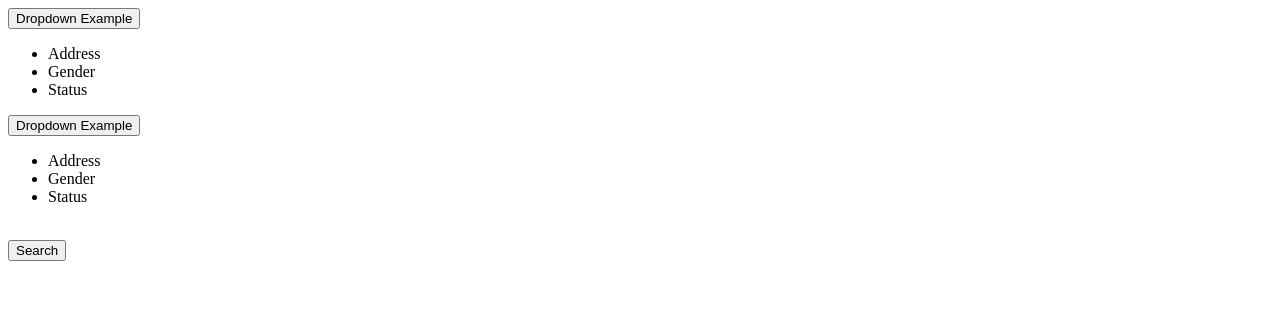
Repository: gpdigital/honeypot
Page: honeypot/WebContent/WEB-INF/views/fragment/basic_info_menu.html
The author's editor kept a copy of each file at every save. The page is drawn from the files as they stood at one save, then again after the next save.
The browser window is 1280 px wide. The pictures show the whole page.

Above is the page before, as saved 2016-06-16 12:41:17.

After the next save:
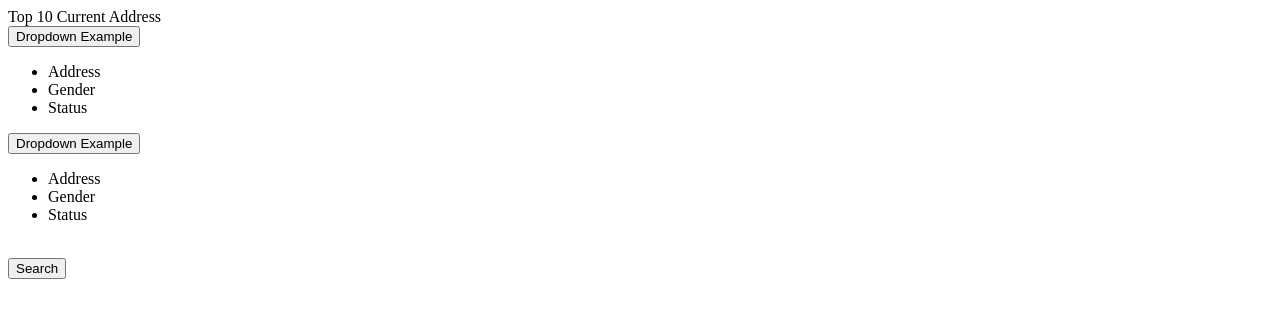
Saved 6 min 11 s later.
--- a/honeypot/WebContent/WEB-INF/views/fragment/basic_info_menu.html
+++ b/honeypot/WebContent/WEB-INF/views/fragment/basic_info_menu.html
@@ -1,19 +1,28 @@
-  <span class="dropdown">
-    <button id="col1Basic" class="btn btn-primary dropdown-toggle" type="button" data-toggle="dropdown">Dropdown Example
-    <span class="caret"></span></button>
-    <ul class="dropdown-menu">
-      <li><a onclick="javascript:col1Change('Address','7')">Address</a></li>
-      <li><a onclick="javascript:col1Change('Gender','9')">Gender</a></li>
-      <li><a onclick="javascript:col1Change('Status','10')">Status</a></li>
-    </ul>
-  </span>
-    <span class="dropdown">
-    <button id="col2Basic" class="btn btn-primary dropdown-toggle" type="button" data-toggle="dropdown">Dropdown Example
-    <span class="caret"></span></button>
-    <ul class="dropdown-menu">
-      <li><a onclick="javascript:col2Change('Address','7')">Address</a></li>
-      <li><a onclick="javascript:col2Change('Gender','9')">Gender</a></li>
-      <li><a onclick="javascript:col2Change('Status','10')">Status</a></li>
-    </ul>
-  </span><br/>
-   <button onclick="javascript:basicInfo()" type="button" class="btn btn-primary">Search</button>
+<div class="container-fluid">
+	<div class="col-md-6">
+ 		<div class="panel panel-default">
+ 			<div class="panel-heading">Top 10 Current Address</div>
+ 			<div class="panel-body">
+				<span class="dropdown">
+	 				  <button id="col1Basic" class="btn btn-primary dropdown-toggle" type="button" data-toggle="dropdown">Dropdown Example
+	 				  <span class="caret"></span></button>
+	 				  <ul class="dropdown-menu">
+	 				  	<li><a onclick="javascript:col1Change('Address','7')">Address</a></li>
+	 				  	<li><a onclick="javascript:col1Change('Gender','9')">Gender</a></li>
+	 				  	<li><a onclick="javascript:col1Change('Status','10')">Status</a></li>
+	 				  </ul>
+				</span>
+				<span class="dropdown">
+				    <button id="col2Basic" class="btn btn-primary dropdown-toggle" type="button" data-toggle="dropdown">Dropdown Example
+				    <span class="caret"></span></button>
+				    <ul class="dropdown-menu">
+						<li><a onclick="javascript:col2Change('Address','7')">Address</a></li>
+						<li><a onclick="javascript:col2Change('Gender','9')">Gender</a></li>
+						<li><a onclick="javascript:col2Change('Status','10')">Status</a></li>
+				    </ul>
+				</span><br/>
+				<button onclick="javascript:basicInfo()" type="button" class="btn btn-primary">Search</button>
+ 			</div>
+ 		</div>
+ 	</div>
+</div>
